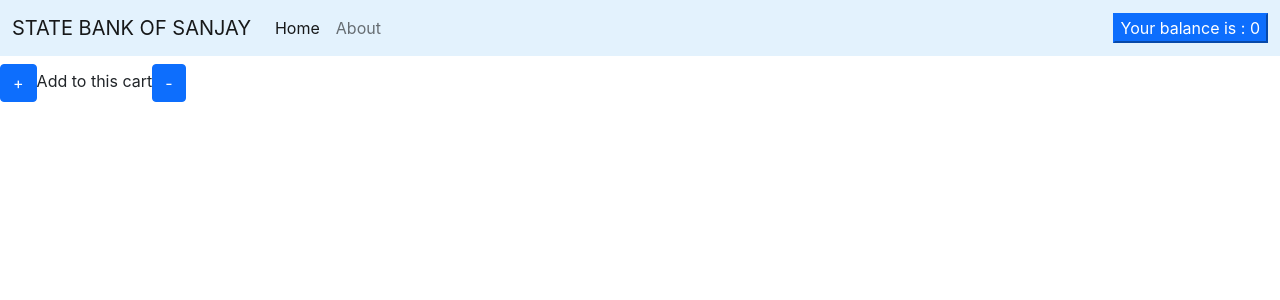
Repository: Sanjayjangra88/online_shop
Page: /products
The author's editor kept a copy of each file at every save. The page is drawn from the files as they stood at one save, then again after the next save.
The browser window is 1280 px wide. The pictures show the whole page.
The project was rebuilt for these pictures with package versions that can differ from the ones it lists, and the page was loaded fresh each time. Also part of the build but not shown: src/App.css.

Above is the page before, as saved 2022-03-29 13:31:10.

### public/index.html
<!DOCTYPE html>
<html lang="en">
  <head>
    <meta charset="utf-8" />
    <link rel="icon" href="%PUBLIC_URL%/favicon.ico" />
    <meta name="viewport" content="width=device-width, initial-scale=1" />
    <meta name="theme-color" content="#000000" />
    <meta
      name="description"
      content="Web site created using create-react-app"
    />
    <link rel="apple-touch-icon" href="%PUBLIC_URL%/logo192.png" />
    <!--
      manifest.json provides metadata used when your web app is installed on a
      user's mobile device or desktop. See https://developers.google.com/web/fundamentals/web-app-manifest/
    -->
    <link rel="manifest" href="%PUBLIC_URL%/manifest.json" />
    <link href="https://cdn.jsdelivr.net/npm/bootstrap@5.0.2/dist/css/bootstrap.min.css" rel="stylesheet" integrity="sha384-EVSTQN3/azprG1Anm3QDgpJLIm9Nao0Yz1ztcQTwFspd3yD65VohhpuuCOmLASjC" crossorigin="anonymous">
    <!--
      Notice the use of %PUBLIC_URL% in the tags above.
      It will be replaced with the URL of the `public` folder during the build.
      Only files inside the `public` folder can be referenced from the HTML.

      Unlike "/favicon.ico" or "favicon.ico", "%PUBLIC_URL%/favicon.ico" will
      work correctly both with client-side routing and a non-root public URL.
      Learn how to configure a non-root public URL by running `npm run build`.
    -->
    <title>STATE BANK OF SANJAY</title>
  </head>
  <body>
    <noscript>You need to enable JavaScript to run this app.</noscript>
    <div id="root"></div>
    <script src="https://cdn.jsdelivr.net/npm/bootstrap@5.0.2/dist/js/bootstrap.bundle.min.js" integrity="sha384-MrcW6ZMFYlzcLA8Nl+NtUVF0sA7MsXsP1UyJoMp4YLEuNSfAP+JcXn/tWtIaxVXM" crossorigin="anonymous"></script>
    <!--
      This HTML file is a template.
      If you open it directly in the browser, you will see an empty page.

      You can add webfonts, meta tags, or analytics to this file.
      The build step will place the bundled scripts into the <body> tag.

      To begin the development, run `npm start` or `yarn start`.
      To create a production bundle, use `npm run build` or `yarn build`.
    -->

  </body>
</html>

### src/App.js

import './App.css';
import Navbar from './components/Navbar';
import Shop from './components/Shop';

function App() {
  return (
    <div className="App">
     <Navbar/>
     <Shop/>
    </div>
  );
}

export default App;

### src/components/Navbar.js
import React from 'react'

const Navbar = () => {
    return (
        <div>
            <nav className="navbar navbar-expand-lg navbar-light" style={{ backgroundColor: "#e3f2fd" }}>
                <div className="container-fluid">
                    <a className="navbar-brand" href="/">STATE BANK OF SANJAY</a>
                    <button className="navbar-toggler" type="button" data-bs-toggle="collapse" data-bs-target="#navbarSupportedContent" aria-controls="navbarSupportedContent" aria-expanded="false" aria-label="Toggle navigation">
                        <span className="navbar-toggler-icon"></span>
                    </button>
                    <div className="collapse navbar-collapse" id="navbarSupportedContent">
                        <ul className="navbar-nav me-auto mb-2 mb-lg-0">
                            <li className="nav-item">
                                <a className="nav-link active" aria-current="page" href="/">Home</a>
                            </li>
                            <li className="nav-item">
                                <a className="nav-link" href="/about">About</a>
                            </li>



                        </ul>
                        <div>
                            <button disabled={true} className="btn-primary">Your balance is : 0</button>
                        </div>
                    </div>
                </div>
            </nav>
        </div>
    )
}

export default Navbar

### src/components/Shop.js
import React from 'react'

const Shop = () => {
  return (
    <div>
      <button className="btn btn-primary my-2">+</button>
       Add to this cart
      <button className="btn btn-primary my-2">-</button>
    </div>
  )
}

export default Shop

Loaded but not shown: src/index.js (common file); src/index.css (common file); src/reportWebVitals.js (common file)

After the next save:
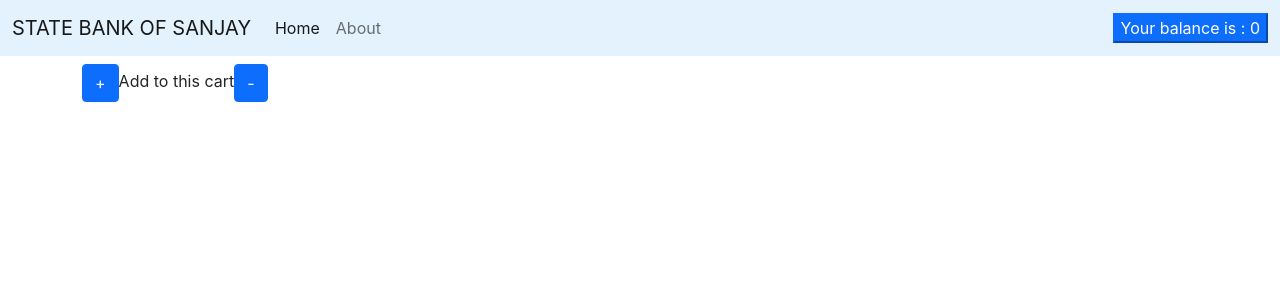
Saved 92 s later.
--- a/src/App.js
+++ b/src/App.js
@@ -5,10 +5,13 @@
 
 function App() {
   return (
-    <div className="App">
-     <Navbar/>
+    <>
+    <Navbar/>
+    <div className="container">
+
      <Shop/>
     </div>
+    </>
   );
 }
 
